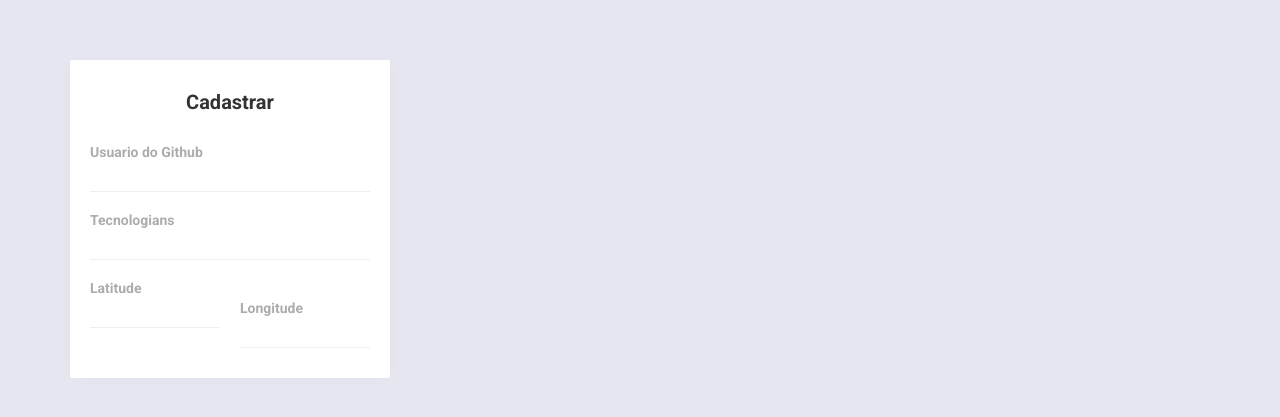
Repository: vadyvarela/semanaOmnistack10
Page: / (app in frontend/)
These files come from the project's save history. The page is drawn as it stood at one moment and after the next save; the edit follows.
The browser window is 1280 px wide. The pictures show the whole page.
The project was rebuilt for these pictures with package versions that can differ from the ones it lists, and the page was loaded fresh each time.

Above is the page before, as saved 2020-01-15 22:08:10.

After the next save:
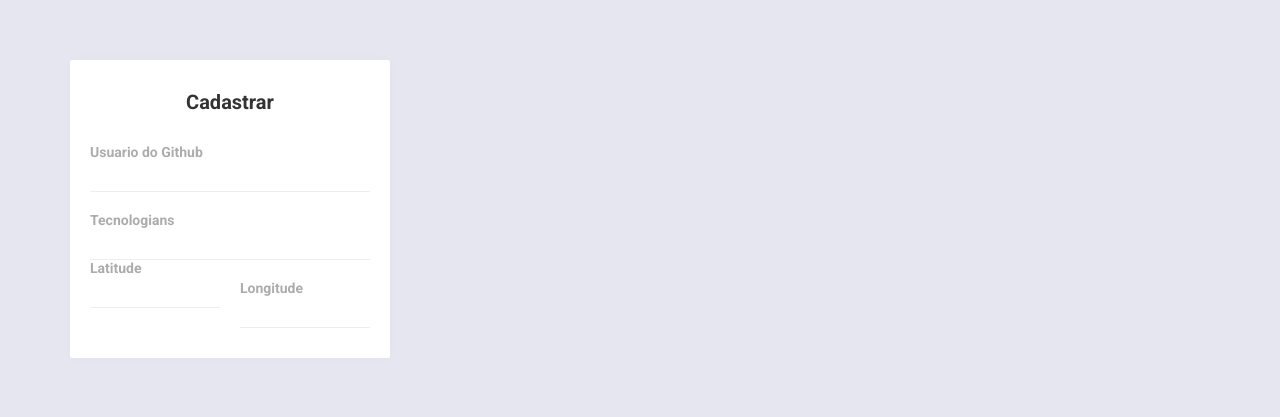
Saved 43 s later.
--- a/frontend/src/Sidebar.css
+++ b/frontend/src/Sidebar.css
@@ -28,7 +28,7 @@ aside form .input_group {
     grid-template-columns: 1fr 1fr;
 }
 
-aside form .input_block, .input_block {
+aside form .input_group, .input_block {
     margin-top: 0;
 }
 
